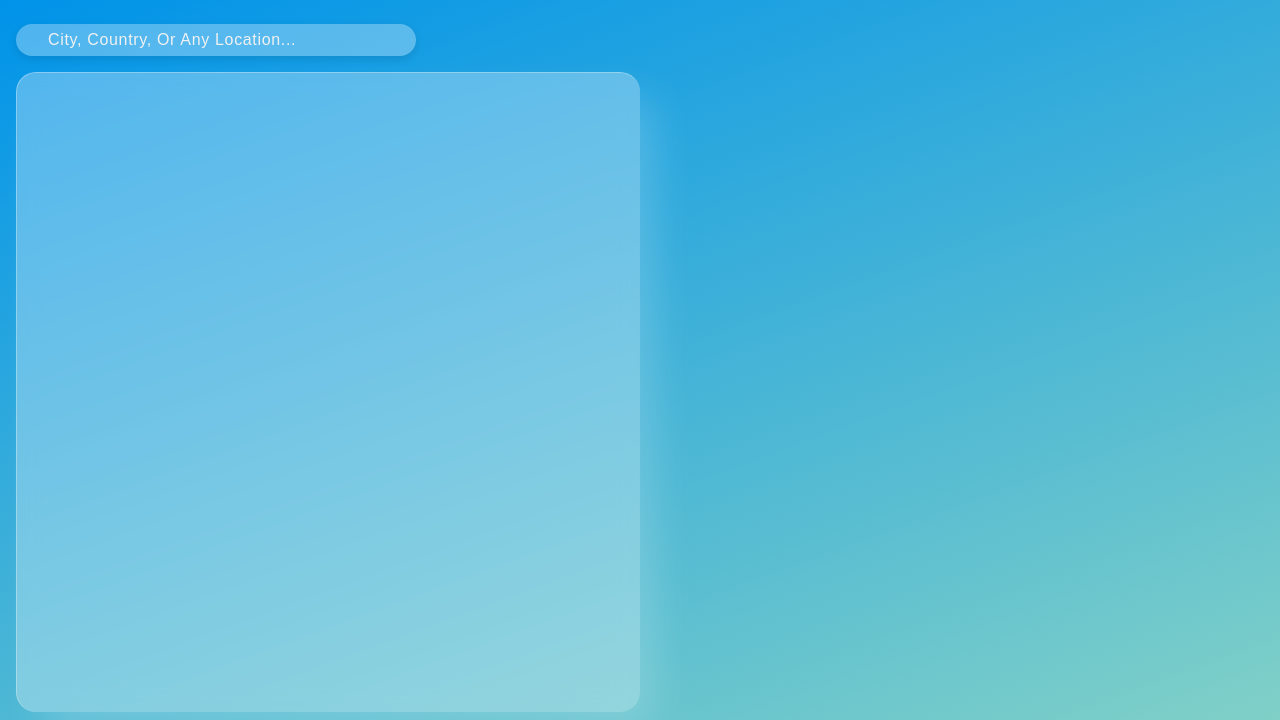
Repository: Haydenleung/weather-app-2024
Page: /
These files come from the project's save history. The page is drawn as it stood at one moment and after the next save; the edit follows.
The browser window is 1280 px wide. The pictures show the whole page.
The project was rebuilt for these pictures with package versions that can differ from the ones it lists, and the page was loaded fresh each time. The framework's server and built-in components were replaced by stand-ins that run in the browser. Also part of the build but not shown: next.config.mjs.

Above is the page before, as saved 2024-02-09 09:41:24.

### src/pages/index.tsx
import Image from "next/image";
import { useState } from 'react';
import { parseString } from 'xml2js';

import Container from "@/components/Container";

export default function Home() {

  const [location, setLocation] = useState();

  var apiKey = "1166e5ad9804e768305a6f5ad6b1e21c"
  // var cityName = "london"
  var currentUrl = `https://api.openweathermap.org/data/2.5/weather?q=${location}&units=metric&appid=${apiKey}`;
  var currentUrlXML = `https://api.openweathermap.org/data/2.5/weather?q=${location}&mode=xml&appid=${apiKey}`;
  var forecasrUrl = `https://api.openweathermap.org/data/2.5/forecast?q=${location}&units=metric&appid=${apiKey}`;

  const [data, setData] = useState<IWeatherProps[]>([]);
  const [date, setDate] = useState<IDateProps[]>([]);
  const [fData, setFData] = useState<IForecastProps[]>([]);


  const GrabInfo = async () => {
    try {
      await fetch(currentUrl)
        .then((res) => {
          if (!res.ok) {
            throw new Error('404 Error');
          }
          return res.json();
        })
        .then((data) => {
          console.log([data]);
          setData([data]);
        });

      await fetch(currentUrlXML)
        .then((res) => {
          if (!res.ok) {
            throw new Error('404 Error');
          }
          return res.text();
        })
        .then((date) => {
          parseString(date, (err: any, result: any) => {
            if (err) {
              throw new Error('404 Error');
            }
            console.log([result]);
            setDate([result]);
          });
        });
      await fetch(forecasrUrl)
        .then((res) => {
          if (!res.ok) {
            throw new Error('404 Error');
          }
          return res.json()
        })
        .then((fData) => {
          console.log([fData]);
          setFData([fData]);
        })
    } catch (error) {
      setData([])
      setDate([])
      setFData([])
    }
  };

  const handleChange = (event: any) => {
    setLocation(event.target.value);
  };

  const onFormSubmit = (e: any) => {
    e.preventDefault();
    GrabInfo()
  }

  return (
    <main className={"container"} >
      <form onSubmit={onFormSubmit} className={"searchForm"}>
        <input type="text" onChange={handleChange} value={location} className={"search"} placeholder={"City, country, or any location..."} />
        <button type="submit" className={"button"} />
      </form>
      <Container data={data} date={date} fData={fData} location={location} />
    </main >
  );
}

### src/styles/globals.css
* {
  font-family: Arial, Helvetica, sans-serif;
  color: white;
}

*,
*:before,
*:after {
  box-sizing: border-box;
}

.container {
  background: #e0e9f0;
  width: 100%;
  height: 100%;
  position: absolute;
  top: 0;
  left: 0;
  padding: 0.5rem 0rem;
  display: flex;
  flex-direction: column;
  background-color: #0093E9;
  background-image: linear-gradient(160deg, #0093E9 0%, #80D0C7 100%);
}

.button {
  display: none;
}

.searchForm {
  width: 20rem;
  padding: 1rem 1rem 0 1rem;
}

.search {
  height: 2rem;
  min-width: 25rem;
  border-radius: 99rem;
  border: none;
  padding: 0.3rem 2rem;
  font-size: 12pt;
  font-weight: 400;
  letter-spacing: 0.5pt;
  box-shadow: 0px 3px 8px rgba(0, 0, 0, 0.1);
  color: white;
  text-transform: capitalize;
  outline: none;
  background: rgba(255, 255, 255, 0.3);
}

input,
select,
textarea {
  color: #ff0000;
}

::placeholder {
  color: rgb(241, 241, 241);
  font-weight: 400;
  opacity: 1;
}

.search:hover {
  transform: translateY(-1px);
}

.weatherContainer {
  flex-grow: 1;
  padding: 1rem;
  display: flex;
  flex-direction: row;
  gap: 1rem;
  min-height: 35rem;
}

.today {
  display: flex;
  flex-direction: column;
  width: 50%;
  justify-content: center;
  align-items: center;
  background: rgba(255, 255, 255, 0.3);
  padding: 3rem;
  border-radius: 20px;
  border-left: 1px solid rgba(255, 255, 255, 0.3);
  border-top: 1px solid rgba(255, 255, 255, 0.3);
  backdrop-filter: blur(10px);
  box-shadow: 20px 20px 40px -6px rgba(255, 255, 255, 0.2);
  text-align: center;
  position: relative;
  transition: all 0.2s ease-in-out;
  height: 80vh;
  min-height: 40rem;
}

.today:hover,
.subForecast:hover {
  transform: translateY(-2px);
}


.temp {
  font-size: 72pt;
  font-weight: 800;
  margin-top: 2rem;
  line-height: 1;
  /* color: white */
}

.main {
  font-size: 32pt;
  font-weight: 400;
  /* color: white; */

}

.subToday {
  display: flex;
  flex-direction: column;
  justify-content: center;
  align-items: center;
}

.date {
  margin-bottom: 3rem;
}

.now {
  font-weight: 800;
  font-size: 24pt;
  margin-bottom: 0.5rem;
}

.forecast {
  display: flex;
  flex-direction: column;
  width: 50%;
  justify-content: center;
  align-items: center;
  border-radius: 20px;
  text-align: center;
  position: relative;
  transition: all 0.2s ease-in-out;
  height: 80vh;
  min-height: 15rem;
  gap: 1rem;
  /* background-color: red; */
}

.subForecast {
  display: flex;
  flex-direction: row;
  width: 100%;
  background: rgba(255, 255, 255, 0.3);
  border-radius: 20px;
  border-left: 1px solid rgba(255, 255, 255, 0.3);
  border-top: 1px solid rgba(255, 255, 255, 0.3);
  backdrop-filter: blur(10px);
  box-shadow: 20px 20px 40px -6px rgba(255, 255, 255, 0.2);
  text-align: center;
  position: relative;
  transition: all 0.2s ease-in-out;
  flex-grow: 1;
}

.icon {
  background-color: red;
  width: 300px;
  height: auto;
}

### src/components/Container/index.tsx

import { useState, useEffect } from 'react';
import Image from 'next/image';

export default function Container(
    props: { data: IWeatherProps[], date: IDateProps[], fData: IForecastProps[], location: any }
) {

    // const [currentTemp, setCurrentTemp] = useState<number>();
    // const [currentWind, setcurrentWind] = useState<number>();
    // const [currentDate, setcurrentDate] = useState<string>();
    // const [currentMain, setcurrentMain] = useState<string>();
    // const [forcastTemp, setForcastTemp] = useState<number[]>([]);

    const [currentDate, setcurrentDate] = useState<string>();


    const formatDate = (tempDate: string) => {
        tempDate = tempDate?.substring(0, tempDate.search("T"));
        var day = new Date(Date.parse(tempDate)).getDate() + 1;
        var month = new Date(Date.parse(tempDate)).toLocaleString('default', { month: 'long' });
        var year = new Date(Date.parse(tempDate)).getFullYear();
        return (month + " " + day + ", " + year)
    }

    const formatDate2 = (tempDate: string) => {
        var day = new Date(Date.parse(tempDate)).getDate();
        var month = new Date(Date.parse(tempDate)).toLocaleString('default', { month: 'short' });
        var year = new Date(Date.parse(tempDate)).getFullYear();
        return (month + " " + day + ", " + year)
    }

    useEffect(() => {
        // Find Date
        // props.date && props.date.map((item: IDateProps) => {
        //     var tempDate = item.current.lastupdate[0].$.value;
        //     tempDate = tempDate?.substring(0, tempDate.search("T"))
        //     setcurrentDate(tempDate)
        // })

        // // Find Current Weather
        // props.data && props.data.map((item: IWeatherProps) => {
        //     // setCurrentTemp(item.main.temp)
        //     // setcurrentWind(item.wind.speed)
        //     // item.weather && item.weather.map((single: IWeatherSingleProps) => {
        //     //     setcurrentMain(single.main)
        //     // })
        // })

        // setForcastTemp([])
        // props.fData && props.fData.map((item: IForecastProps) => {
        //     item.list && item.list.map((single: IForecastListProps) => {
        //         setForcastTemp([...forcastTemp, single.main.temp])
        //         console.log(forcastTemp)
        //         single.wind.speed
        //         single.dt_txt
        //         single.weather && single.weather.map((second: IForecastWeatherProps) => {
        //             { second.main }
        //         })
        //     })

        // })
    })


    return (
        <div className={"weatherContainer"}>
            <div className={"today"}>
                {
                    props.date && props.date.map((item: IDateProps, index: number) => {
                        return (
                            <div key={index} className={"date"}>
                                <div className={"now"}>Current</div>
                                {
                                    item.current.lastupdate && item.current.lastupdate.map((single: IDateExactProps, indexTwo: number) => {
                                        return (
                                            <div key={indexTwo} className={"todayDate"}>
                                                {formatDate(single.$.value)}
                                            </div>
                                        )
                                    })
                                }
                            </div>
                        )
                    })
                }
                {
                    props.data && props.data.map((item: IWeatherProps, index: number) => {
                        return (
                            <div key={index} className={"subToday"}>
                                <Image src="/" alt="icon" width={400} height={400} className={"icon"} />
                                < div className={"temp"} > {item.main.temp.toFixed(1)}°C</div>
                                {
                                    item.weather && item.weather.map((single: IWeatherSingleProps, indexTwo: number) => {
                                        return (
                                            <div key={indexTwo} className={"main"}>
                                                {single.main}
                                            </div>
                                        )
                                    })
                                }
                                <div>{item.wind.speed} m/s</div>
                            </div>
                        )
                    })
                }
            </div >
            {
                props.fData && props.fData.map((item: IForecastProps, index: number) => {
                    return (
                        <div key={index} className={"forecast"}>
                            {
                                item.list && item.list.map((single: IForecastListProps, indexTwo: number) => {
                                    return (
                                        single.dt_txt.search("00:00:00") > 0 &&
                                        (<div key={indexTwo} className={"subForecast"}>
                                            {single.main.temp.toFixed(1)}<br />
                                            {single.wind.speed}<br />
                                            {formatDate2(single.dt_txt)}
                                            {
                                                single.weather && single.weather.map((second: IForecastWeatherProps, indexThree: number) => {
                                                    return (
                                                        <div key={indexThree} >
                                                            {second.main}
                                                            {second.description}
                                                        </div>
                                                    )
                                                })
                                            }
                                        </div>)
                                    )
                                })
                            }
                        </div>
                    )
                })
            }


        </div >
    )
}

Loaded but not shown: src/pages/_app.tsx (common file); src/pages/_document.tsx (common file)

After the next save:
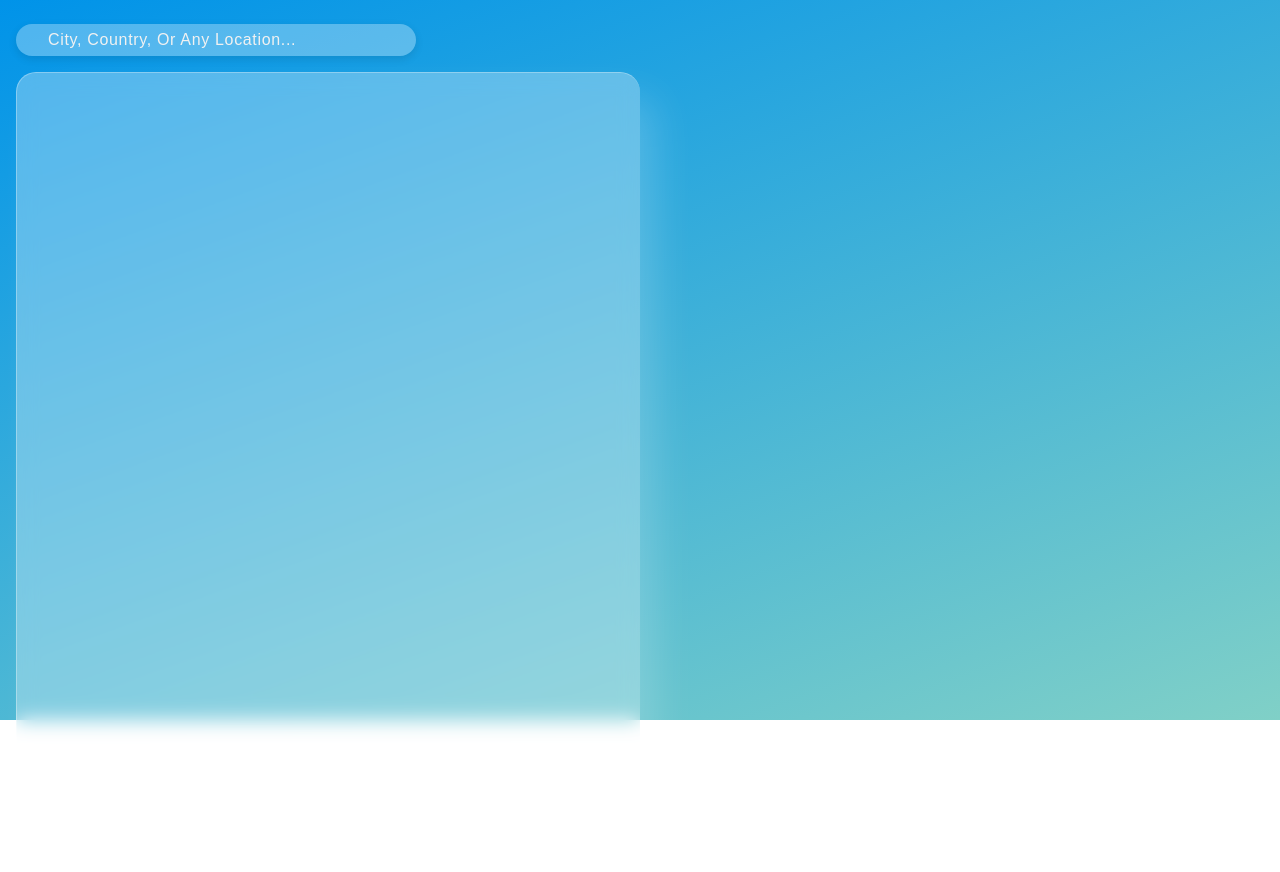
Saved 9 s later.
--- a/src/styles/globals.css
+++ b/src/styles/globals.css
@@ -90,7 +90,7 @@ textarea {
   position: relative;
   transition: all 0.2s ease-in-out;
   height: 80vh;
-  min-height: 40rem;
+  min-height: 50rem;
 }
 
 .today:hover,
